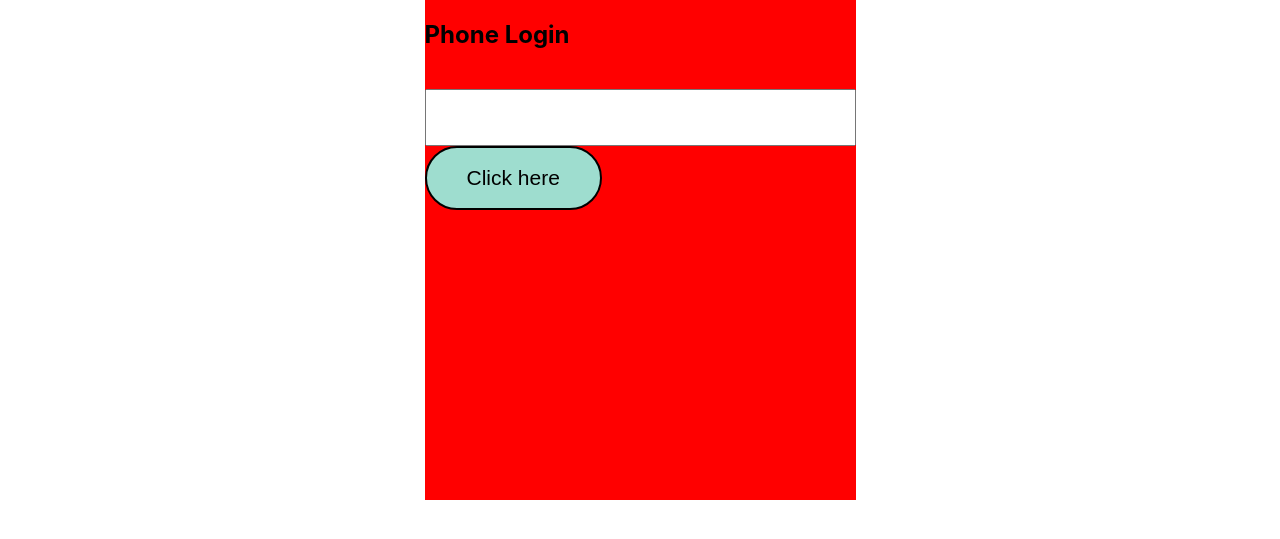
Repository: Rubin78/login-verification
Page: /
The author's editor kept a copy of each file at every save. The page is drawn from the files as they stood at one save, then again after the next save.
The browser window is 1280 px wide. The pictures show the whole page.
The project was rebuilt for these pictures with package versions that can differ from the ones it lists, and the page was loaded fresh each time.

Above is the page before, as saved 2021-02-16 01:56:15.

After the next save:
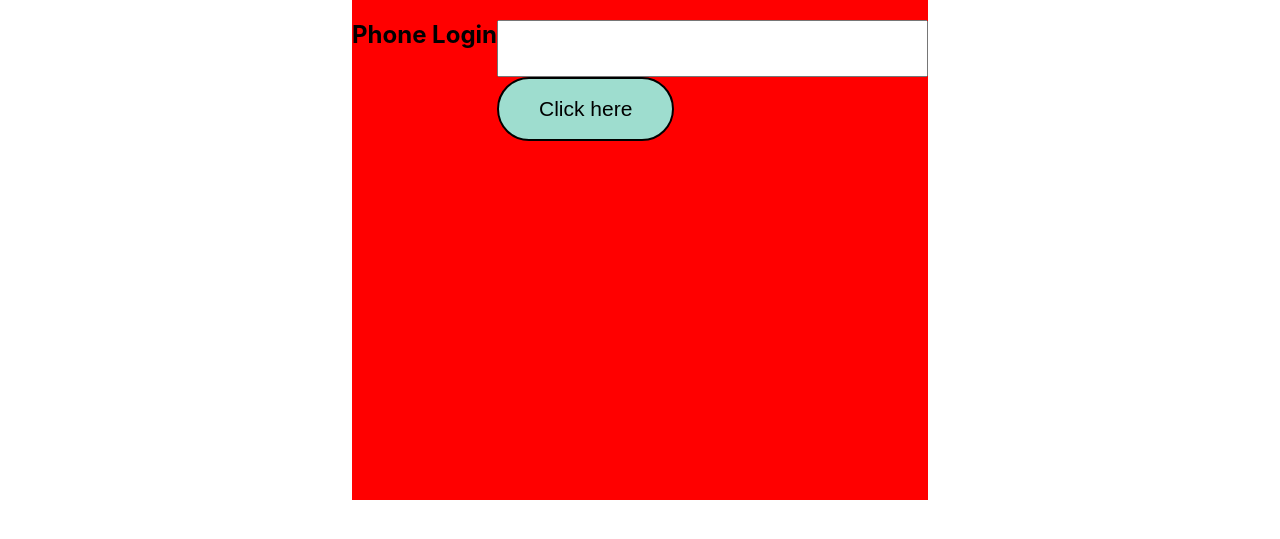
Saved 32 s later.
--- a/src/App.css
+++ b/src/App.css
@@ -26,6 +26,9 @@ input[type="tel"] {
 
   height: 500px;
   background-color: red;
+  display: flex;
+  justify-content: center;
+  align-content: space-around;
 }
 input[type="submit"] {
     padding: 18px 40px;
